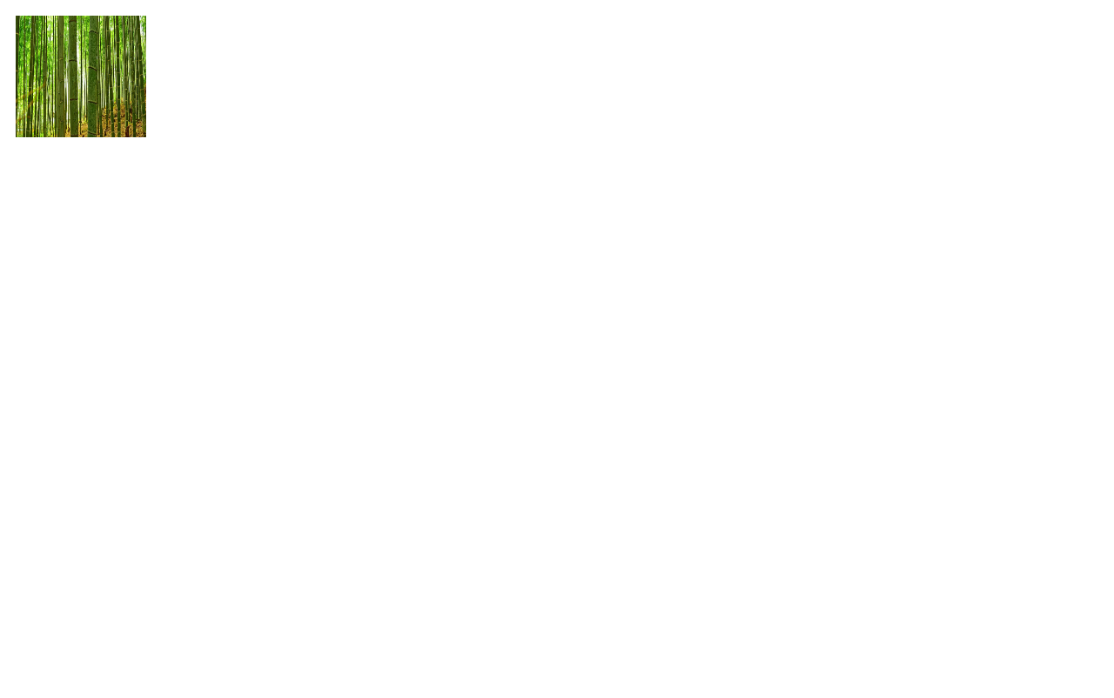
Repository: tanasa-mircea/playground
Page: canvas-filters/index.html
The author's editor kept a copy of each file at every save. The page is drawn from the files as they stood at one save, then again after the next save.
The browser window is 1280 px wide. The pictures show the whole page, at 87% of full size.

Above is the page before, as saved 2019-02-08 10:55:57.

After the next save:
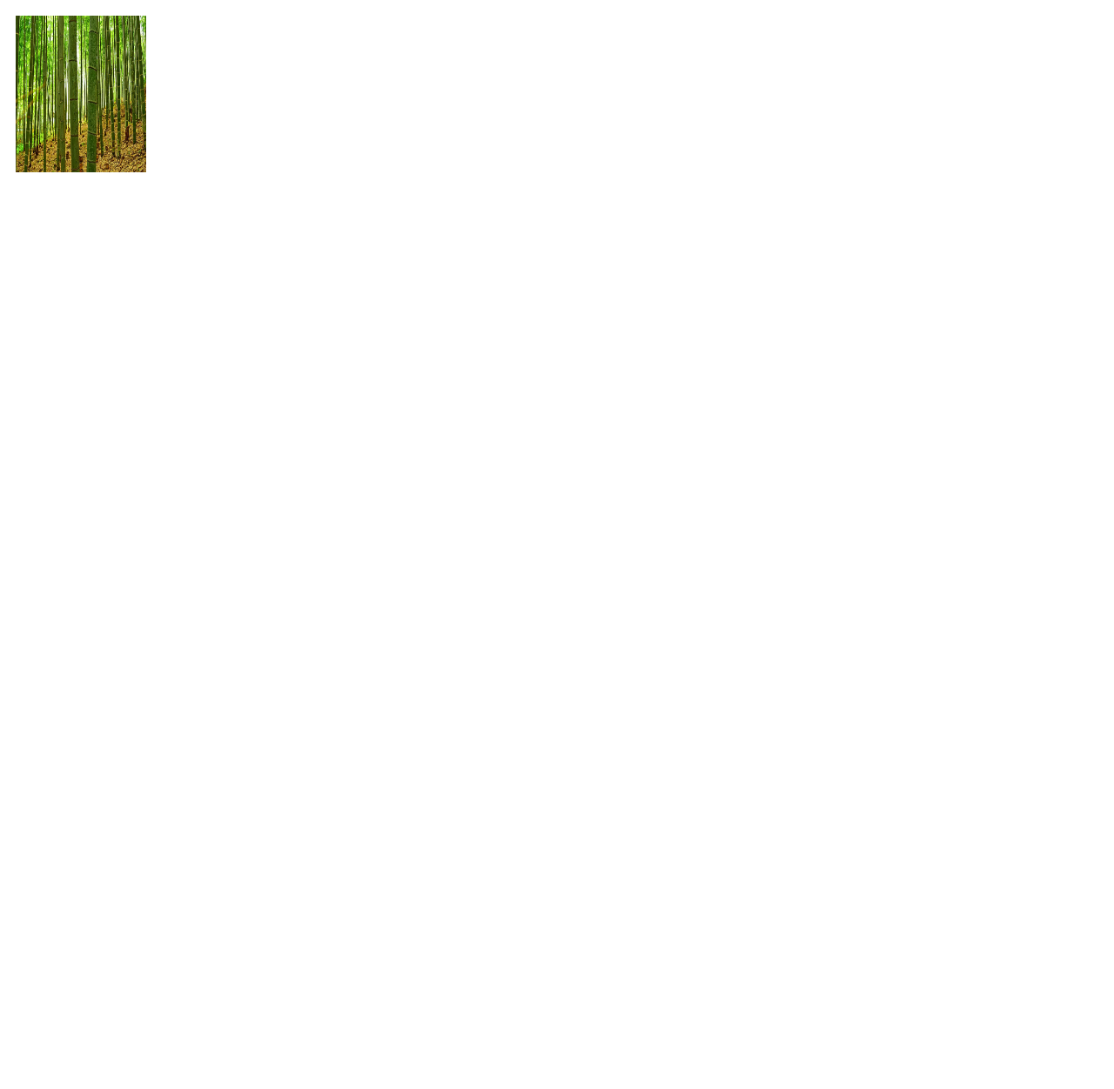
Saved 14 s later.
--- a/canvas-filters/main.js
+++ b/canvas-filters/main.js
@@ -10,9 +10,9 @@
 
 function initCanvas() {
   canvas = document.getElementById("myCanvas");
-  // canvas.height = config.canvasHeight;
-  // canvas.width = config.canvasWidth;
   canvasContext = canvas.getContext("2d");
+  canvas.height = config.canvasHeight;
+  canvas.width = config.canvasWidth;
   image = document.getElementById("bamboo");
   canvasContext.drawImage(image, 10, 10, 150, 180);
 }

After the 2 saves that followed:
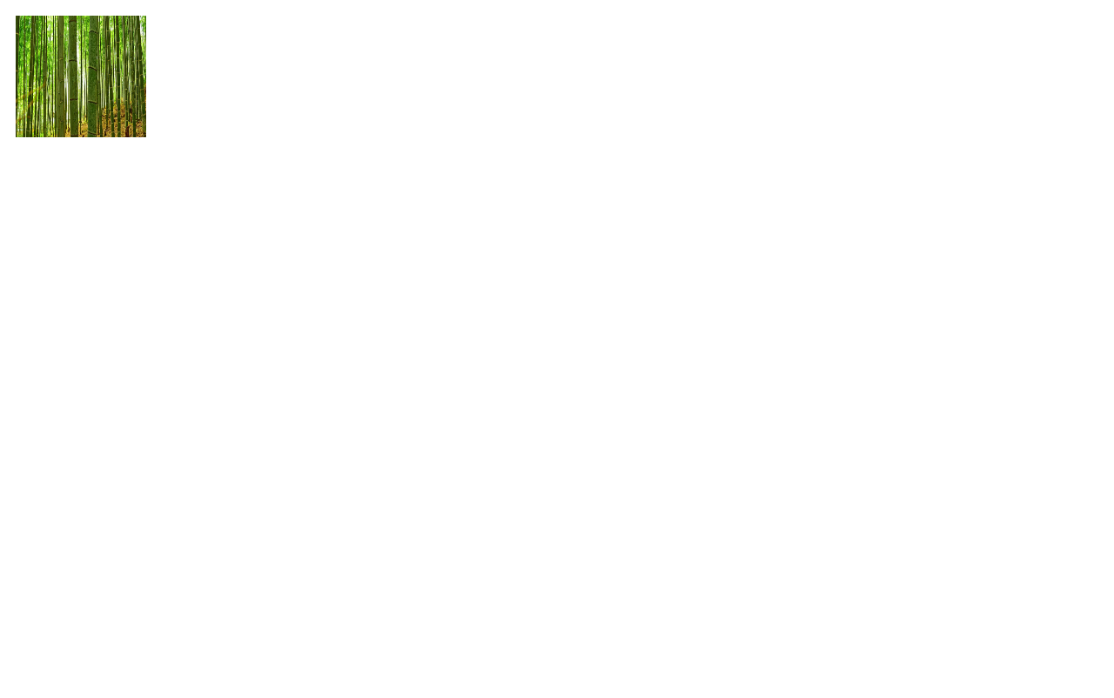
The 2 saves are shown as one change because they came seconds apart.
The last was saved 10 s later.
--- a/canvas-filters/main.js
+++ b/canvas-filters/main.js
@@ -11,8 +11,6 @@
 function initCanvas() {
   canvas = document.getElementById("myCanvas");
   canvasContext = canvas.getContext("2d");
-  canvas.height = config.canvasHeight;
-  canvas.width = config.canvasWidth;
   image = document.getElementById("bamboo");
   canvasContext.drawImage(image, 10, 10, 150, 180);
 }
